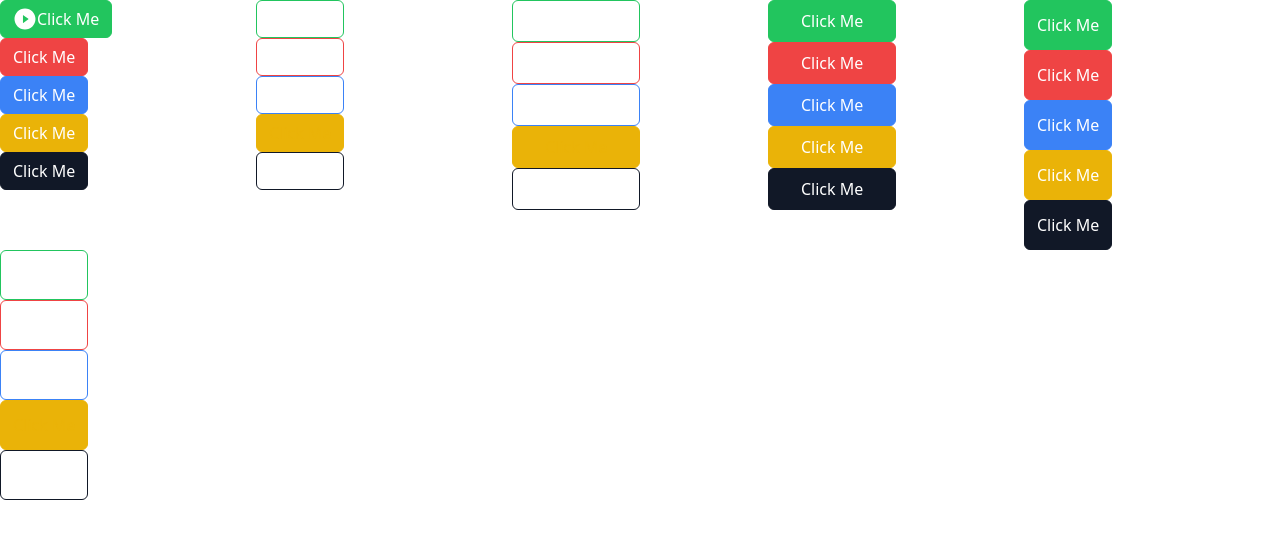
Repository: Marhamat92/reactroutefromstephen
Page: /
An editor plug-in stored every save of this project. The page is shown before and after the next save, followed by the edit.
The browser window is 1280 px wide. The pictures show the whole page.
The project was rebuilt for these pictures with package versions that can differ from the ones it lists, and the page was loaded fresh each time. Also part of the build but not shown: src/App.css.

Above is the page before, as saved 2022-12-21 16:34:34.

After the next save:
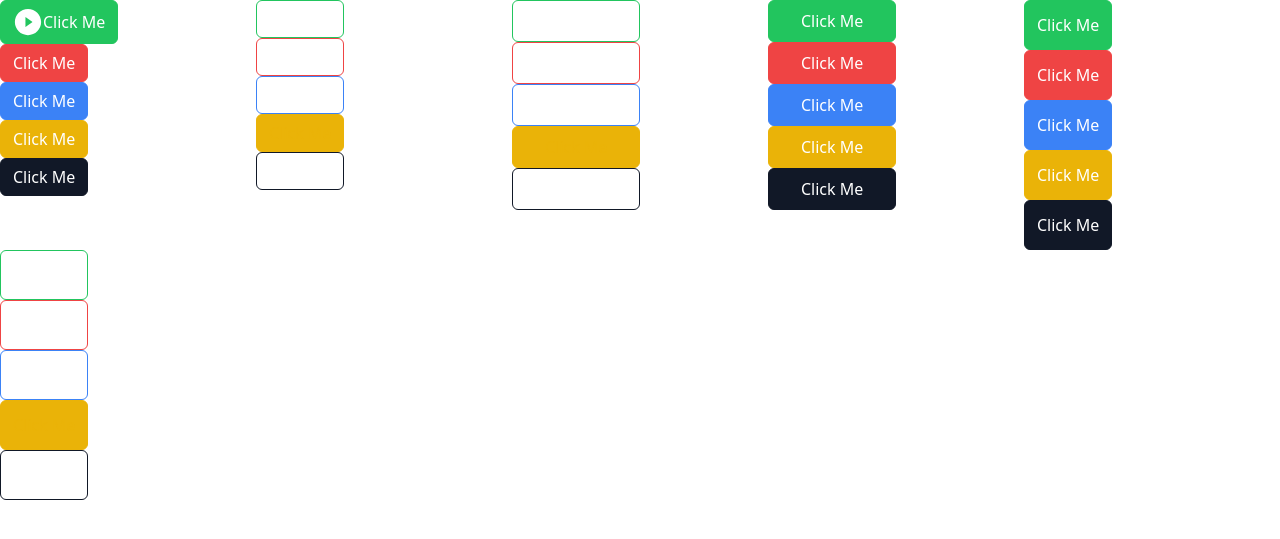
Saved 6 s later.
--- a/src/App.tsx
+++ b/src/App.tsx
@@ -13,7 +13,7 @@
       <div className='grid grid-cols-5'>
         <div className='lg:col-span-1'>
           <Button onClick={buttonClick} rounded success>
-            <AiFillPlayCircle className='text-2xl ' />
+            <AiFillPlayCircle className='text-3xl ' />
             Click Me
           </Button>
           <Button rounded danger>

After the save that followed:
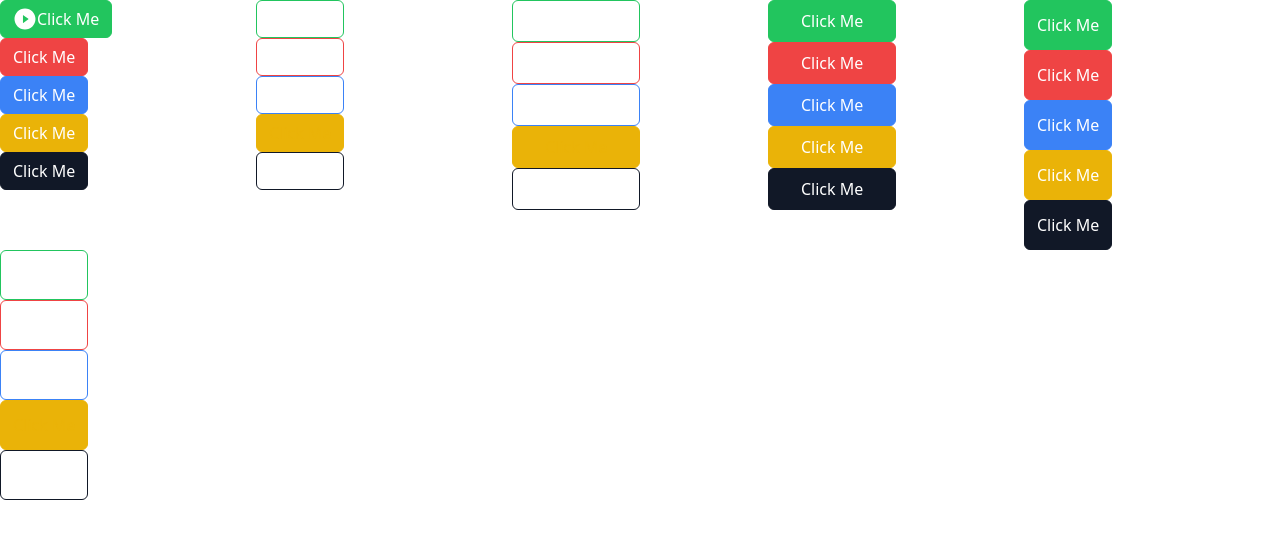
Saved 5 s later.
--- a/src/App.tsx
+++ b/src/App.tsx
@@ -13,7 +13,7 @@
       <div className='grid grid-cols-5'>
         <div className='lg:col-span-1'>
           <Button onClick={buttonClick} rounded success>
-            <AiFillPlayCircle className='text-3xl ' />
+            <AiFillPlayCircle className='text-2xl ' />
             Click Me
           </Button>
           <Button rounded danger>
